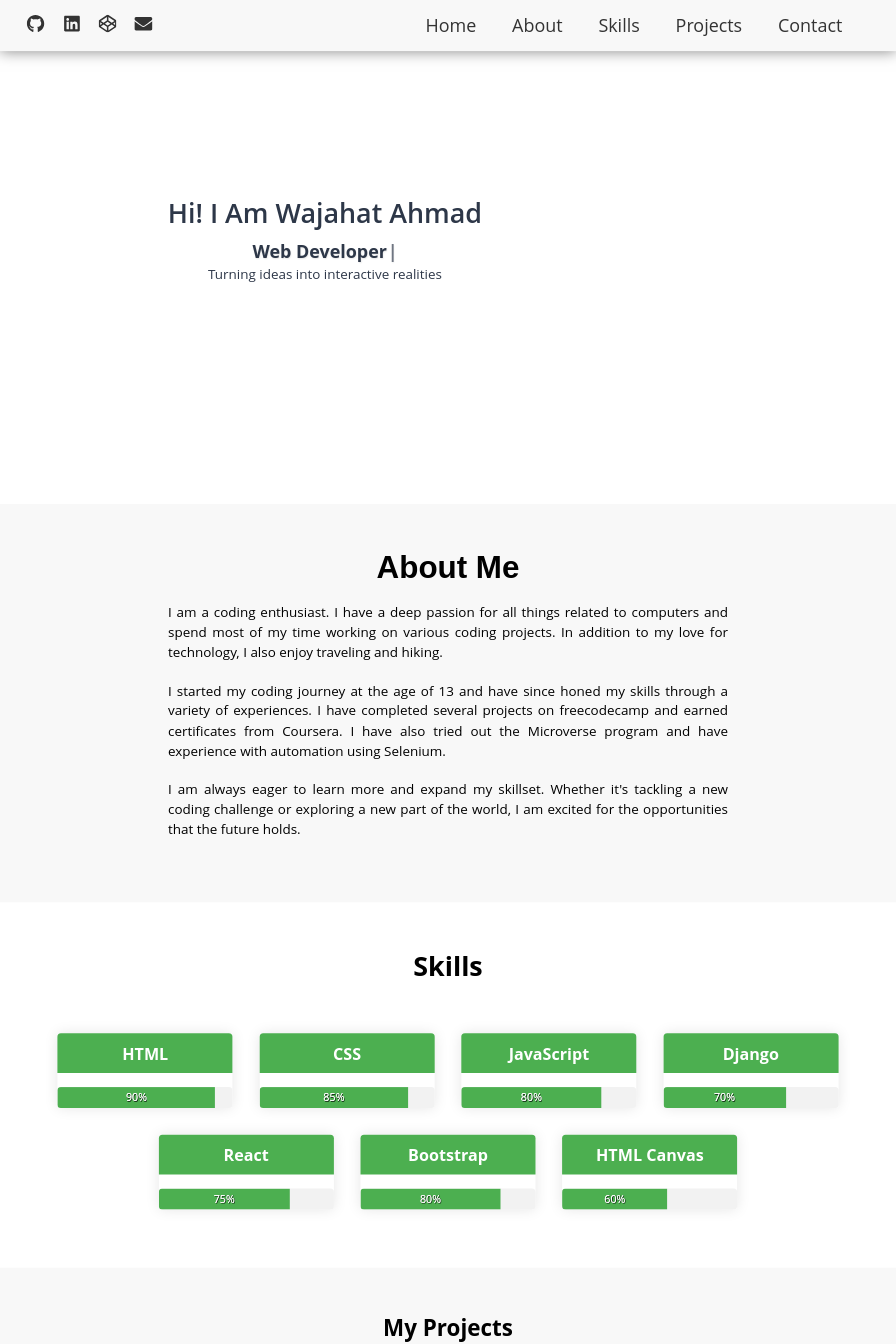
Repository: WajahatKanju/wajahatkanju.github.io
Page: /
These files come from the project's save history. The page is drawn as it stood at one moment and after a run of saves; the edit follows.
The browser window is 1280 px wide. The pictures show the part of the page from y = 0 to 1920 px (the page is 3132 px tall), at 70% of full size.
The project was rebuilt for these pictures with package versions that can differ from the ones it lists, and the page was loaded fresh each time. Also part of the build but not shown: vite.config.js.

Above is the page before, as saved 2023-05-06 10:15:34.

### index.html
<!DOCTYPE html>
<html lang="en">
  <head>
    <meta charset="UTF-8" />
    <link rel="icon" type="image/svg+xml" href="./src/assets/favicon.svg" />
    <meta name="viewport" content="width=device-width, initial-scale=1.0" />
    <title>Wajahat Ahmad - Portfolio</title>
  </head>
  <body>
    <div id="root"></div>
    <script type="module" src="./src/main.jsx"></script>
  </body>
</html>

### src/App.jsx
import './styles/App.scss'
import Header from "./Header"
import Navigation from './Navigation'
import About from './About'
import ContactForm from './ContactForm'
import Skills from './Skills'
import Projects from './Projects'

function App() {

  return (
    <>
    <Navigation />
    <Header />
    <About />
    <Skills />
    <Projects />
    <ContactForm />
    </>
  )
}

export default App

### src/styles/App.scss
/* Reset */
*, *::before, *::after {
  margin: 0;
  padding: 0;
  box-sizing: border-box;
}

/* Set base font size */
html {
  font-size: 62.5%; /* 1rem = 10px */
}

/* Base styles */
body {
  font-family: 'Open Sans', sans-serif;
  font-size: 1.6rem; /* 16px */
  overflow-x: hidden;
}

section:nth-of-type(2n - 1){
  background-color: #F8F8F8;
}

/* Media queries */
@media screen and (max-width: 599px) {
  /* Small screens */
  body {
    font-size: 1.2rem; /* 12px */
  }
}

@media screen and (min-width: 600px) and (max-width: 991px) {
  /* Mobile and tablet styles */
  body {
    font-size: 1.4rem; /* 14px */
  }
}

@media screen and (min-width: 992px) and (max-width: 1199px) {
  /* Medium desktop styles */
  body {
    font-size: 1.8rem; /* 18px */
  }
}

@media screen and (min-width: 1200px) and (max-width: 1599px) {
  /* Large desktop styles */
  html {
    font-size: 80%; /* 1rem = 8px */
  }
  body {
    font-size: 2rem; /* 20px */
  }
}

@media screen and (min-width: 1600px) {
  /* Extra large desktop styles */
  html {
    font-size: 100%; /* 1rem = 10px */
  }
  body {
    font-size: 2.2rem; /* 22px */
  }
}

### src/Header.jsx
import { useEffect } from "react";
import Typewriter from "typewriter-effect/dist/core";
import "./styles/Header.scss";

import ImageParticleAnimation from "./ImageParticleAnimation";

function Header() {
  useEffect(() => {
    const typewriter = new Typewriter("#typewriter", {
      strings: ["Web Designer", "Web Developer", "Full Stack Developer"],
      loop: true,
      delay: 80,
      autoStart: true,
    });

    typewriter.start();
  }, []);


  return (
    <header className="header">
      <div className="header__left">
        <h1>Hi! I Am Wajahat Ahmad</h1>
        <p id="typewriter"></p>
        <h3>Turning ideas into interactive realities</h3>
      </div>
      <div className="header__right">
        <ImageParticleAnimation />
      </div>
    </header>
  );
}

export default Header;

### src/About.jsx
import "./styles/About.scss";

function About() {
  return (
    <section className="about"id="about">
      <div className="about__me--container">
        <h2>About Me</h2>
        <p>
          I am a coding enthusiast. I have a deep passion for all things related
          to computers and spend most of my time working on various coding
          projects. In addition to my love for technology, I also enjoy
          traveling and hiking.
        </p>
        <p>
          I started my coding journey at the age of 13 and have since honed my
          skills through a variety of experiences. I have completed several
          projects on freecodecamp and earned certificates from Coursera. I have
          also tried out the Microverse program and have experience with
          automation using Selenium.
        </p>
        <p>
          I am always eager to learn more and expand my skillset. Whether
          it&apos;s tackling a new coding challenge or exploring a new part of
          the world, I am excited for the opportunities that the future holds.
        </p>
      </div>
    </section>
  );
}

export default About;

### src/ContactForm.jsx
import { useState } from "react";

import "./styles/ContactForm.scss";

function ContactForm() {
  const [name, setName] = useState("");
  const [email, setEmail] = useState("");
  const [message, setMessage] = useState("");

  const handleSubmit = (e) => {
    e.preventDefault();
    // handle form submission logic here
  };

  return (
    <section className="contact__form">
      <div className="contact__form__container">
        <h2 className="form__header">Contact Me</h2>
        <form onSubmit={handleSubmit}>
          <label htmlFor="name">Name:</label>
          <input
            type="text"
            id="name"
            name="name"
            value={name}
            onChange={(e) => setName(e.target.value)}
            required
          />

          <label htmlFor="email">Email:</label>
          <input
            type="email"
            id="email"
            name="email"
            value={email}
            onChange={(e) => setEmail(e.target.value)}
            required
          />

          <label htmlFor="message">Message:</label>
          <textarea
            id="message"
            name="message"
            value={message}
            onChange={(e) => setMessage(e.target.value)}
            required
          />

          <button type="submit">Submit</button>
        </form>
      </div>
    </section>
  );
}

export default ContactForm;

### src/styles/Header.scss
.header {
  display: flex;
  padding: 2rem 5rem;

  justify-content: space-around;
  align-items: center;
  min-height: 100vh;
  color: #2d3748;
  position: relative;
  z-index: 10;

  img{
    display: block;

  }

  &__left {
    h1 {
      font-size: 3rem;
      font-weight: 600;
      text-align: center;
      margin-bottom: 1rem;

      span {
        display: inline-block;

        &.animate__bounce:hover {
          animation-name: jelly;
          animation-duration: 1s;
          animation-fill-mode: both;
          animation-iteration-count: infinite;
        }
      }
    }

    h3 {
      font-size: 1.5rem;
      font-weight: 400;
      text-align: center;
      margin-bottom: 3rem;
    }

    #typewriter {
      text-align: center;
      font-size: 2rem;
      font-weight: bold;
      text-shadow: 0.0625rem 0.0625rem 0.1875rem rgba(0, 0, 0, 0.1);
    }
  }
}


@keyframes jelly {
  0%,
  100% {
    transform: scale(1);
  }
  25% {
    transform: scale(0.9, 1.1);
  }
  50% {
    transform: scale(1.1, 0.9);
  }
  75% {
    transform: scale(0.95, 1.05);
  }
}

### src/ImageParticleAnimation.jsx
import { useEffect, useRef } from "react";
import cartoonMe from "./assets/cartoon.png";

const png = new Image();
png.src = cartoonMe;




export default function ImageParticleAnimation() {

  // eslint-disable-next-line react-hooks/exhaustive-deps
  const canvasRef = useRef();

  useEffect(() => {
    const canvas = canvasRef.current;
    const ctx = canvas.getContext("2d");

    canvas.width = innerWidth;
    canvas.height = innerHeight;

    let particleArray = [];

    let mouse = {
      x: null,
      y: null,
      radius: 120,
    };

    window.addEventListener("mousemove", (event) => {
      mouse.x = event.x + canvas.clientLeft / 2;
      mouse.y = event.y + canvas.clientTop / 2;
    });

    function drawImage() {
      let imageWidth = png.width;
      let imageHeight = png.height;
      ctx.drawImage(png, innerWidth / 2, innerHeight / 2);
      const data = ctx.getImageData(0, 0, imageWidth, imageHeight);
      ctx.clearRect(0, 0, canvas.width, canvas.height);



      function init() {
        particleArray = [];

        for (let y = 0, y2 = data.height; y < y2; y++) {
          for (let x = 0, x2 = data.width; x < x2; x++) {
            if (data.data[y * 4 * data.width + x * 4 + 3] > 128) {
              let positionX = x;
              let positionY = y;
              let color = `rgb(${data.data[y * 4 * data.width + x * 4]}, ${
                data.data[y * 4 * data.width + x * 4 + 1]
              }, ${data.data[y * 4 * data.width + x * 4 + 2]} )`;

              particleArray.push(new Particle(positionX * 4 , positionY* 4, color , 0.25));
            }
          }
        }
      }

      function animate() {
        requestAnimationFrame(animate);
        ctx.fillStyle = "rgba(255,255,255, 0.5)";


        ctx.fillRect(0, 0, innerWidth, innerHeight);

        for (let i = 0; i < particleArray.length; i++) {
          particleArray[i].update();
        }
      }
      init();
      animate();

      window.addEventListener("resize", () => {
        canvas.width = innerWidth;
        canvas.height = innerHeight;
        init();
      });
    }

    png.onload = () => {
      console.log("Image loaded");
      ctx.drawImage(png, 0, 0);
      drawImage();
    };
  }, [png]);

  return (
    <>
      <canvas
        ref={canvasRef}
        id="canvas"
        style={{ position: "absolute", top: "0", left: "0", zIndex: '-1', maxWidth: '100vw', maxHeight: '100%' }}
      ></canvas>
    </>
  );
}

### src/styles/About.scss
.about {
  padding: 5rem 0;
  display: flex;
  justify-content: center;

  &__me--container {
    max-width: 800px;
    width: 100%;
    margin: 0 2rem;
  }

  h2 {
    font-family: 'Montserrat', sans-serif;
    font-size: 3.5rem;
    margin-bottom: 2rem;
    text-align: center;
    transition: all 0.3s ease;
  }

  h2:hover {
    color: #FF8C00;
    transform: scale(1.05);
  }

  p {
    font-family: 'Open Sans', sans-serif;
    font-size: 1.5rem;
    line-height: 1.5;
    margin-bottom: 2rem;
    text-align: justify;
  }
}

### src/styles/ContactForm.scss
.contact__form {
  display: flex;
  justify-content: center;
  align-items: center;
  height: 100vh;

  .contact__form__container {
    max-width: 600px;
    width: 100%;
    padding: 3rem;
    border-radius: 10px;
    box-shadow: 0 0 20px rgba(0, 0, 0, 0.1);

    .form__header {
      font-size: 2.5rem;
      font-weight: 700;
      text-align: center;
      margin-bottom: 2rem;
    }

    form {
      display: flex;
      flex-direction: column;

      label {
        font-size: 1.2rem;
        font-weight: 500;
        margin-bottom: 0.5rem;
      }

      input,
      textarea {
        padding: 1rem;
        font-size: 1rem;
        border-radius: 5px;
        border: none;
        margin-bottom: 1.5rem;
        box-shadow: 0 0 5px rgba(0, 0, 0, 0.1);
        transition: box-shadow 0.3s ease-in-out;

        &:focus {
          outline: none;
          box-shadow: 0 0 10px rgba(0, 0, 0, 0.2);
        }
      }

      textarea {
        resize: none;
        height: 150px;
      }

      button[type="submit"] {
        background-color: #4caf50;
        color: #fff;
        font-size: 1.2rem;
        padding: 1rem 2rem;
        border: none;
        border-radius: 5px;
        cursor: pointer;
        transition: background-color 0.3s ease-in-out;

        &:hover {
          background-color: #3e8e41;
        }
      }
    }
  }
}

Loaded but not shown: src/main.jsx (common file); src/styles/Navigation.scss (273 lines, source omitted); src/Skills.jsx (76 lines, source omitted); src/styles/Skills.scss (127 lines, source omitted); src/Projects.jsx (52 lines, source omitted); src/Navigation.jsx (46 lines, source omitted); src/styles/Projects.scss (74 lines, source omitted)

After the next 3 saves:
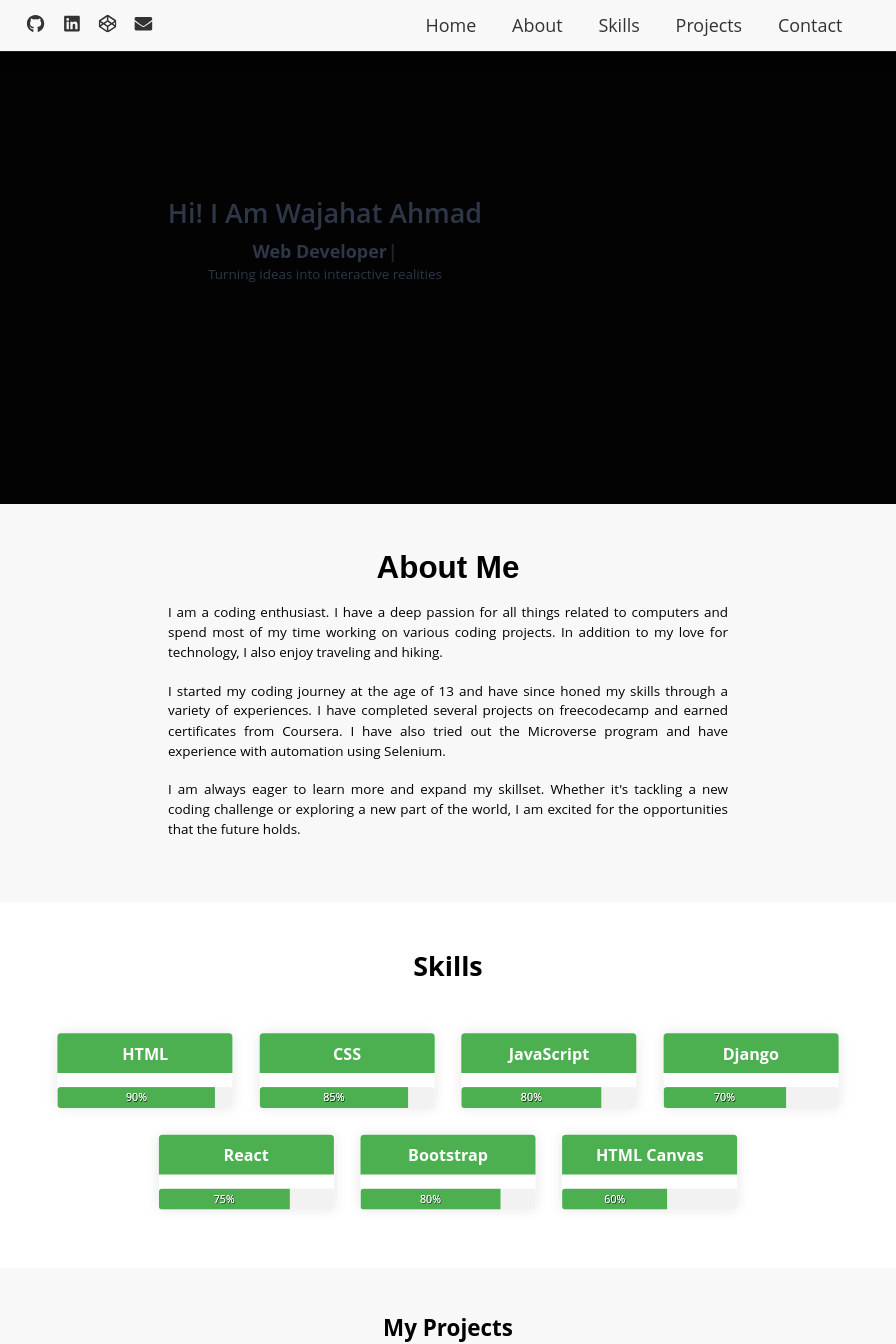
The 3 saves are shown as one change because 1 did not build or start and some came seconds apart.
The last was saved 3 min 3 s later.
--- a/src/ImageParticleAnimation.jsx
+++ b/src/ImageParticleAnimation.jsx
@@ -4,96 +4,119 @@
 const png = new Image();
 png.src = cartoonMe;
 
-
-
-
 export default function ImageParticleAnimation() {
-
-  // eslint-disable-next-line react-hooks/exhaustive-deps
   const canvasRef = useRef();
 
   useEffect(() => {
     const canvas = canvasRef.current;
     const ctx = canvas.getContext("2d");
 
-    canvas.width = innerWidth;
-    canvas.height = innerHeight;
-
-    let particleArray = [];
-
-    let mouse = {
+    const particleArray = [];
+    const mouse = {
       x: null,
       y: null,
       radius: 120,
     };
 
-    window.addEventListener("mousemove", (event) => {
-      mouse.x = event.x + canvas.clientLeft / 2;
-      mouse.y = event.y + canvas.clientTop / 2;
-    });
+    let canvasWidth = (canvas.width = innerWidth);
+    let canvasHeight = (canvas.height = innerHeight);
+    let imageData;
 
-    function drawImage() {
-      let imageWidth = png.width;
-      let imageHeight = png.height;
-      ctx.drawImage(png, innerWidth / 2, innerHeight / 2);
-      const data = ctx.getImageData(0, 0, imageWidth, imageHeight);
-      ctx.clearRect(0, 0, canvas.width, canvas.height);
+    const init = () => {
+      particleArray.length = 0;
 
+      for (let y = 0, y2 = imageData.height; y < y2; y++) {
+        for (let x = 0, x2 = imageData.width; x < x2; x++) {
+          if (imageData.data[y * 4 * imageData.width + x * 4 + 3] > 128) {
+            const positionX = x;
+            const positionY = y;
+            const color = `rgb(${
+              imageData.data[y * 4 * imageData.width + x * 4]
+            }, ${imageData.data[y * 4 * imageData.width + x * 4 + 1]}, ${
+              imageData.data[y * 4 * imageData.width + x * 4 + 2]
+            } )`;
 
-
-      function init() {
-        particleArray = [];
-
-        for (let y = 0, y2 = data.height; y < y2; y++) {
-          for (let x = 0, x2 = data.width; x < x2; x++) {
-            if (data.data[y * 4 * data.width + x * 4 + 3] > 128) {
-              let positionX = x;
-              let positionY = y;
-              let color = `rgb(${data.data[y * 4 * data.width + x * 4]}, ${
-                data.data[y * 4 * data.width + x * 4 + 1]
-              }, ${data.data[y * 4 * data.width + x * 4 + 2]} )`;
-
-              particleArray.push(new Particle(positionX * 4 , positionY* 4, color , 0.25));
+            const existingParticle = particleArray.shift();
+            if (existingParticle) {
+              existingParticle.baseX =
+                positionX * 4 + canvasWidth * 0.75 - png.width * 2;
+              existingParticle.baseY =
+                positionY * 4 + canvasHeight * 0.45 - png.height * 2;
+              existingParticle.x =
+                existingParticle.baseX + Math.random() * 200 - 25;
+              existingParticle.y =
+                existingParticle.baseY + Math.random() * 200 - 25;
+              existingParticle.color = color;
+              existingParticle.density = Math.random() * 10 + 2;
+              existingParticle.size = 0.25;
+              particleArray.push(existingParticle);
+            } else {
+              particleArray.push(
+                new Particle(positionX * 4, positionY * 4, color, 0.25)
+              );
             }
           }
         }
       }
+    };
 
-      function animate() {
-        requestAnimationFrame(animate);
-        ctx.fillStyle = "rgba(255,255,255, 0.5)";
+    const drawImage = () => {
+      const pngWidth = png.width;
+      const pngHeight = png.height;
+      ctx.drawImage(png, innerWidth / 2, innerHeight / 2);
+      imageData = ctx.getImageData(0, 0, pngWidth, pngHeight);
+      ctx.clearRect(0, 0, canvas.width, canvas.height);
+      init();
+    };
 
+    const animate = () => {
+      requestAnimationFrame(animate);
+      ctx.fillStyle = "rgba(0, 0, 0, 0.1)";
+      ctx.fillRect(0, 0, canvas.width, canvas.height);
+      for (let i = 0; i < particleArray.length; i++) {
+        particleArray[i].draw(ctx);
+        particleArray[i].update(mouse, canvasWidth, canvasHeight);
+      }
+    };
 
-        ctx.fillRect(0, 0, innerWidth, innerHeight);
+    const handleMouseMove = (event) => {
+      mouse.x = event.x;
+      mouse.y = event.y;
+    };
 
-        for (let i = 0; i < particleArray.length; i++) {
-          particleArray[i].update();
-        }
-      }
-      init();
-      animate();
+    const handleMouseLeave = () => {
+      mouse.x = null;
+      mouse.y = null;
+    };
 
-      window.addEventListener("resize", () => {
-        canvas.width = innerWidth;
-        canvas.height = innerHeight;
-        init();
-      });
-    }
-
-    png.onload = () => {
-      console.log("Image loaded");
-      ctx.drawImage(png, 0, 0);
+    const handleResize = () => {
+      canvasWidth = canvas.width = innerWidth;
+      canvasHeight = canvas.height = innerHeight;
       drawImage();
     };
-  }, [png]);
+
+    window.addEventListener("resize", handleResize);
+    canvas.addEventListener("mousemove", handleMouseMove);
+    canvas.addEventListener("mouseleave", handleMouseLeave);
+    drawImage();
+    animate();
+
+    return () => {
+      window.removeEventListener("resize", handleResize);
+      canvas.removeEventListener("mousemove", handleMouseMove);
+      canvas.removeEventListener("mouseleave", handleMouseLeave);
+    };
+  }, []);
 
   return (
-    <>
-      <canvas
-        ref={canvasRef}
-        id="canvas"
-        style={{ position: "absolute", top: "0", left: "0", zIndex: '-1', maxWidth: '100vw', maxHeight: '100%' }}
-      ></canvas>
-    </>
+    <canvas
+      ref={canvasRef}
+      style={{
+        position: "fixed",
+        top: 0,
+        left: 0,
+        zIndex: -1,
+      }}
+    />
   );
 }

After the 3 saves that followed:
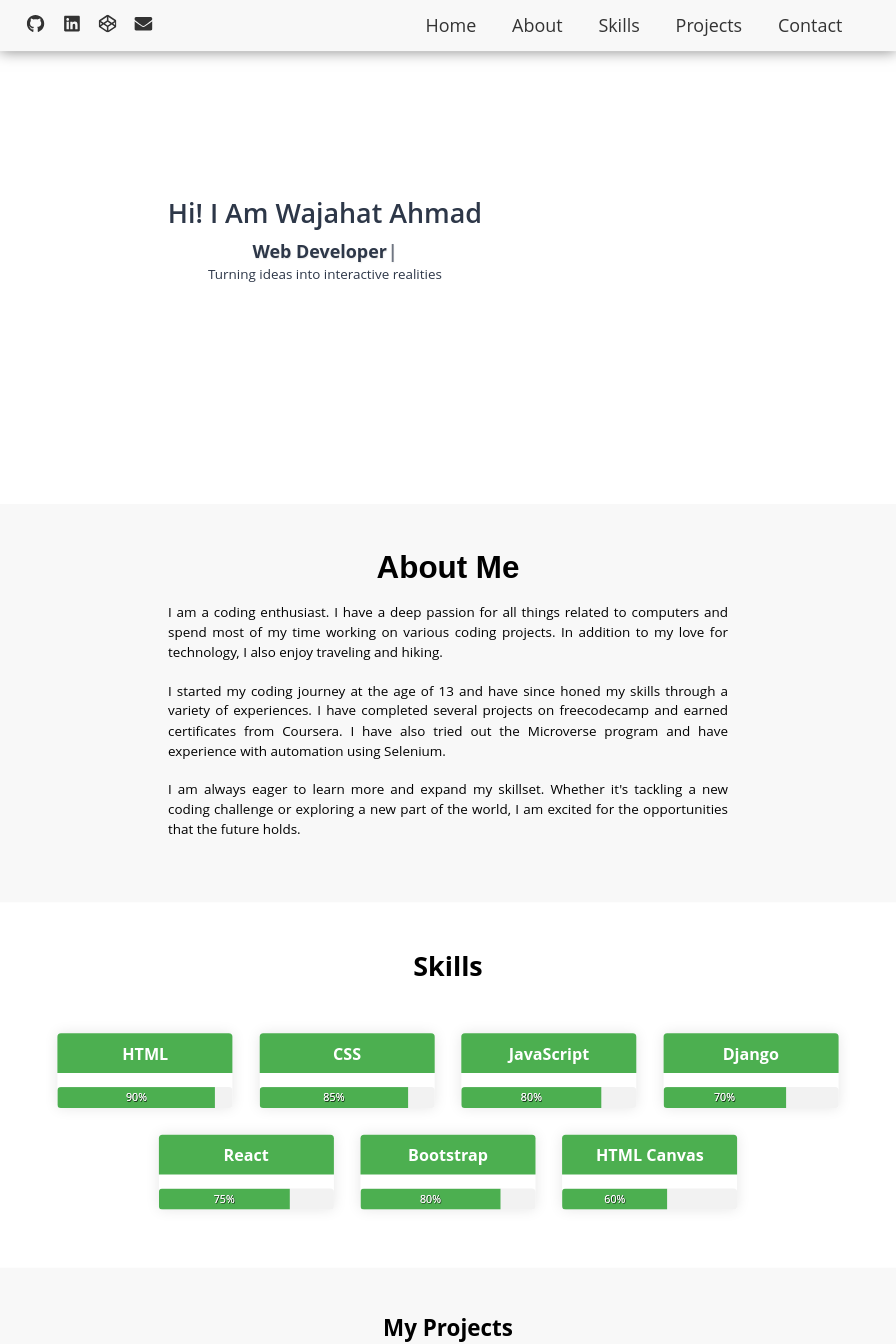
The 3 saves are shown as one change because 2 left the picture as it was.
The last was saved 79 s later.
--- a/src/ImageParticleAnimation.jsx
+++ b/src/ImageParticleAnimation.jsx
@@ -3,6 +3,42 @@
 
 const png = new Image();
 png.src = cartoonMe;
+
+class Particle {
+  constructor(x, y, color, size) {
+    this.x = x;
+    this.y = y;
+    this.baseX = this.x;
+    this.baseY = this.y;
+    this.color = color;
+    this.size = size;
+    this.density = Math.random() * 10 + 2;
+  }
+
+  draw(ctx) {
+    ctx.fillStyle = this.color;
+    ctx.beginPath();
+    ctx.arc(this.x, this.y, this.size, 0, Math.PI * 2);
+    ctx.closePath();
+    ctx.fill();
+  }
+
+  update(mouse) {
+    const dx = mouse.x - this.x;
+    const dy = mouse.y - this.y;
+    const distance = Math.sqrt(dx ** 2 + dy ** 2);
+    const maxDistance = mouse.radius;
+    const force = (maxDistance - distance) / maxDistance;
+
+    if (force < 0) {
+      this.x = this.baseX;
+      this.y = this.baseY;
+    } else {
+      this.x = this.baseX + dx * force * this.density;
+      this.y = this.baseY + dy * force * this.density;
+    }
+  }
+}
 
 export default function ImageParticleAnimation() {
   const canvasRef = useRef();
@@ -71,7 +107,7 @@
 
     const animate = () => {
       requestAnimationFrame(animate);
-      ctx.fillStyle = "rgba(0, 0, 0, 0.1)";
+      ctx.fillStyle = "rgba(0, 0, 0, 0.0)";
       ctx.fillRect(0, 0, canvas.width, canvas.height);
       for (let i = 0; i < particleArray.length; i++) {
         particleArray[i].draw(ctx);
